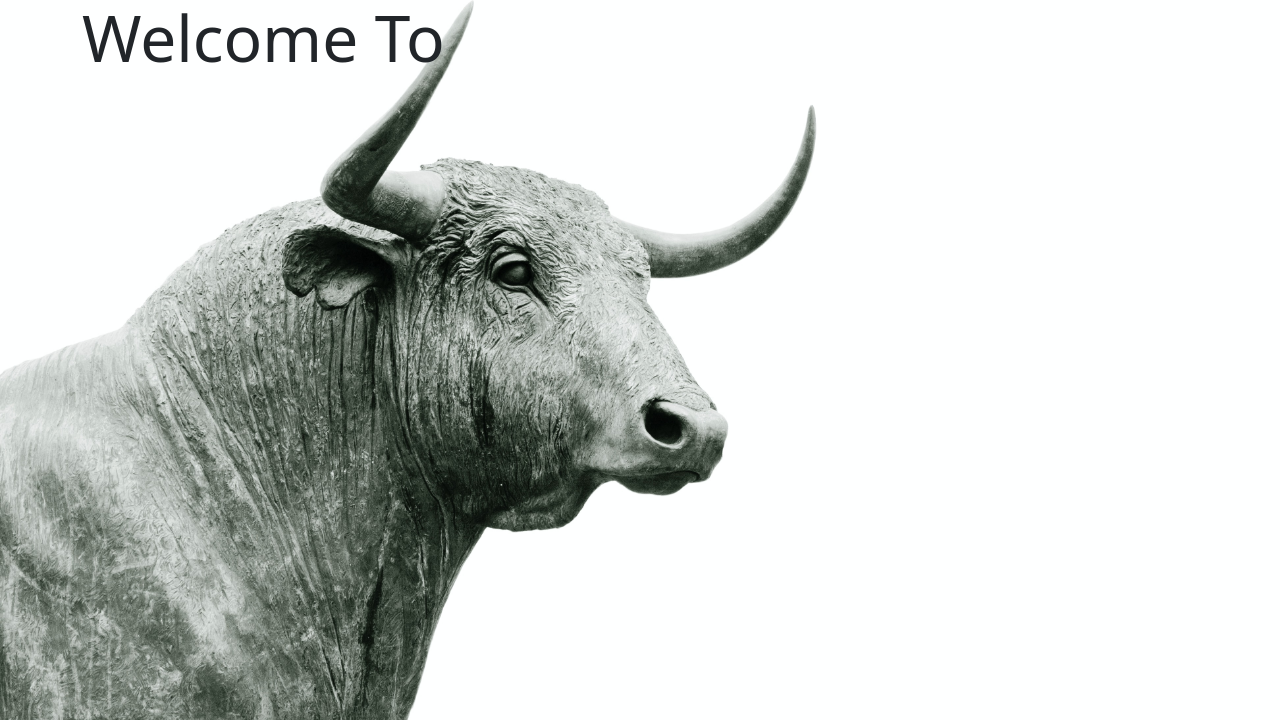
Repository: jmokate/stock-trading-app
Page: /
An editor plug-in stored every save of this project. The page is shown before and after the next save, followed by the edit.
The browser window is 1280 px wide. The pictures show the whole page.
The project was rebuilt for these pictures with package versions that can differ from the ones it lists, and the page was loaded fresh each time.

Above is the page before, as saved 2021-09-14 18:03:56.

After the next save:
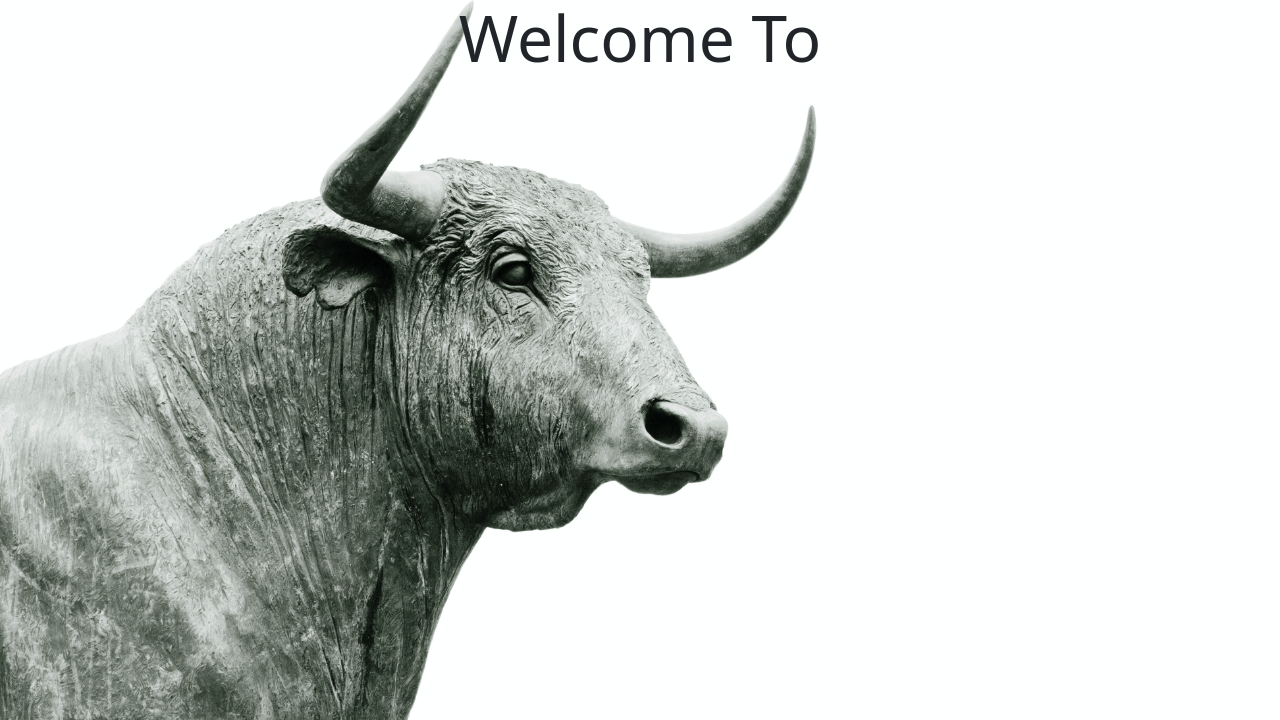
Saved 85 s later.
--- a/src/SplashPage.js
+++ b/src/SplashPage.js
@@ -11,7 +11,7 @@
       <Container>
         <Row>
           <Col>
-            <h1 class="display-3">Welcome To</h1>
+            <h1 class="display-3 text-center">Welcome To</h1>
           </Col>
         </Row>
 

After the save that followed:
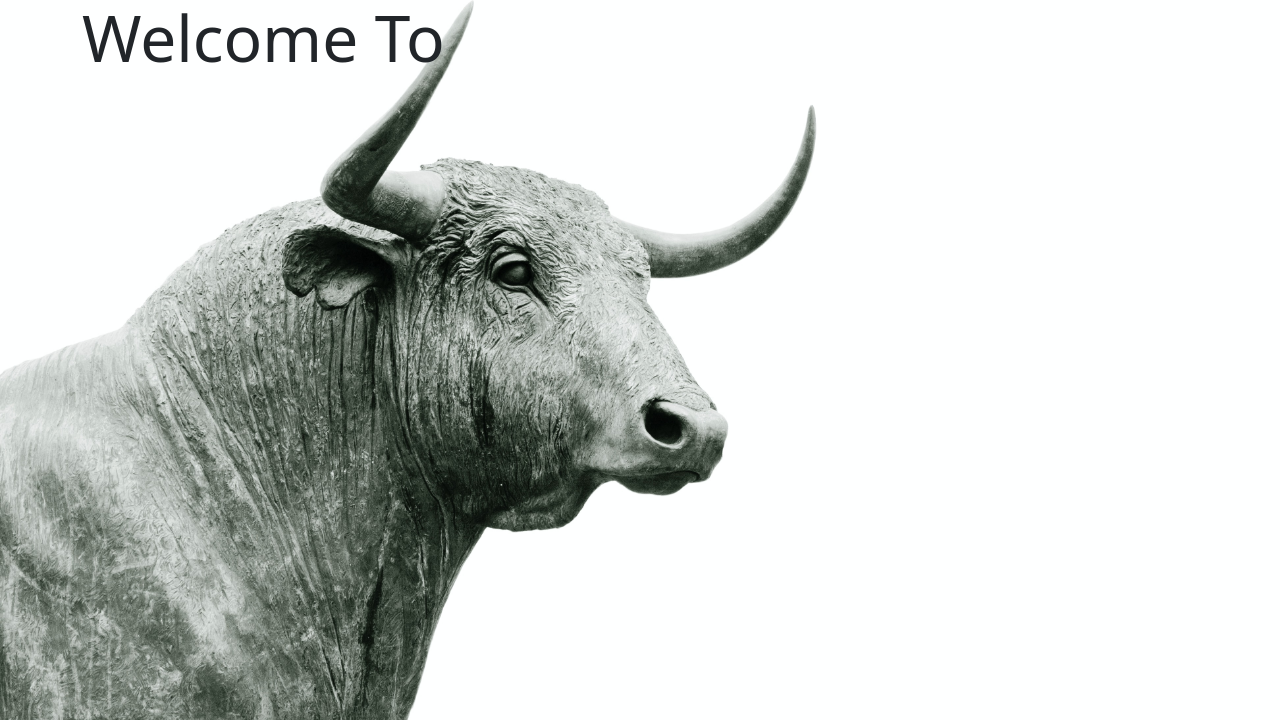
Saved 26 s later.
--- a/src/SplashPage.js
+++ b/src/SplashPage.js
@@ -11,7 +11,7 @@
       <Container>
         <Row>
           <Col>
-            <h1 class="display-3 text-center">Welcome To</h1>
+            <h1 class="display-3 text-right">Welcome To</h1>
           </Col>
         </Row>
 
